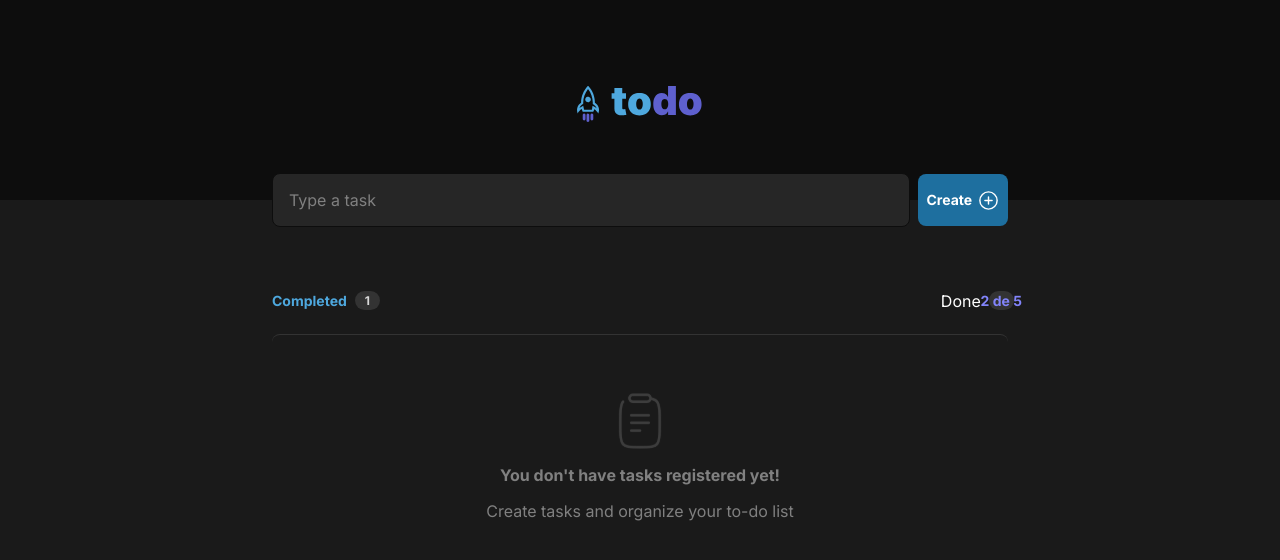
Repository: JoseGu1llardi/to-do-list-D01
Page: /
The author's editor kept a copy of each file at every save. The page is drawn from the files as they stood at one save, then again after the next save.
The browser window is 1280 px wide. The pictures show the whole page.
The project was rebuilt for these pictures with package versions that can differ from the ones it lists, and the page was loaded fresh each time. Also part of the build but not shown: vite.config.ts.

Above is the page before, as saved 2023-03-11 20:05:21.

After the next save:
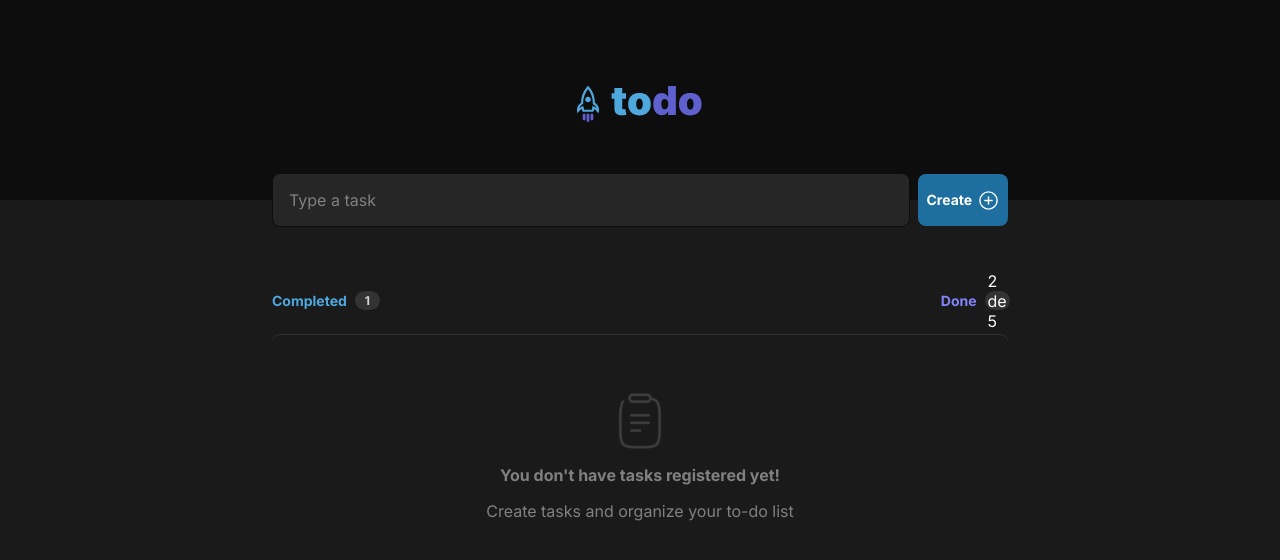
Saved 9 s later.
--- a/src/components/Tasks/styles.module.css
+++ b/src/components/Tasks/styles.module.css
@@ -86,7 +86,7 @@
   flex-grow: 0;
 }
 
-.done span {
+.done p {
   font-family: "Inter";
   font-style: normal;
   font-weight: 700;

After the save that followed:
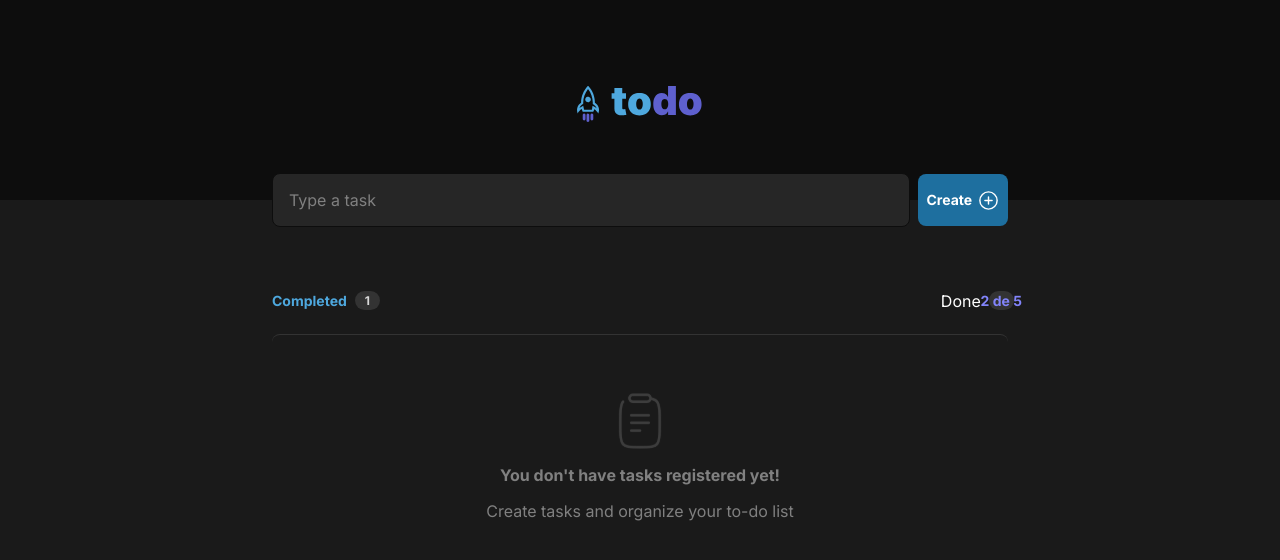
Saved 11 s later.
--- a/src/components/Tasks/styles.module.css
+++ b/src/components/Tasks/styles.module.css
@@ -86,7 +86,7 @@
   flex-grow: 0;
 }
 
-.done p {
+.done span {
   font-family: "Inter";
   font-style: normal;
   font-weight: 700;
